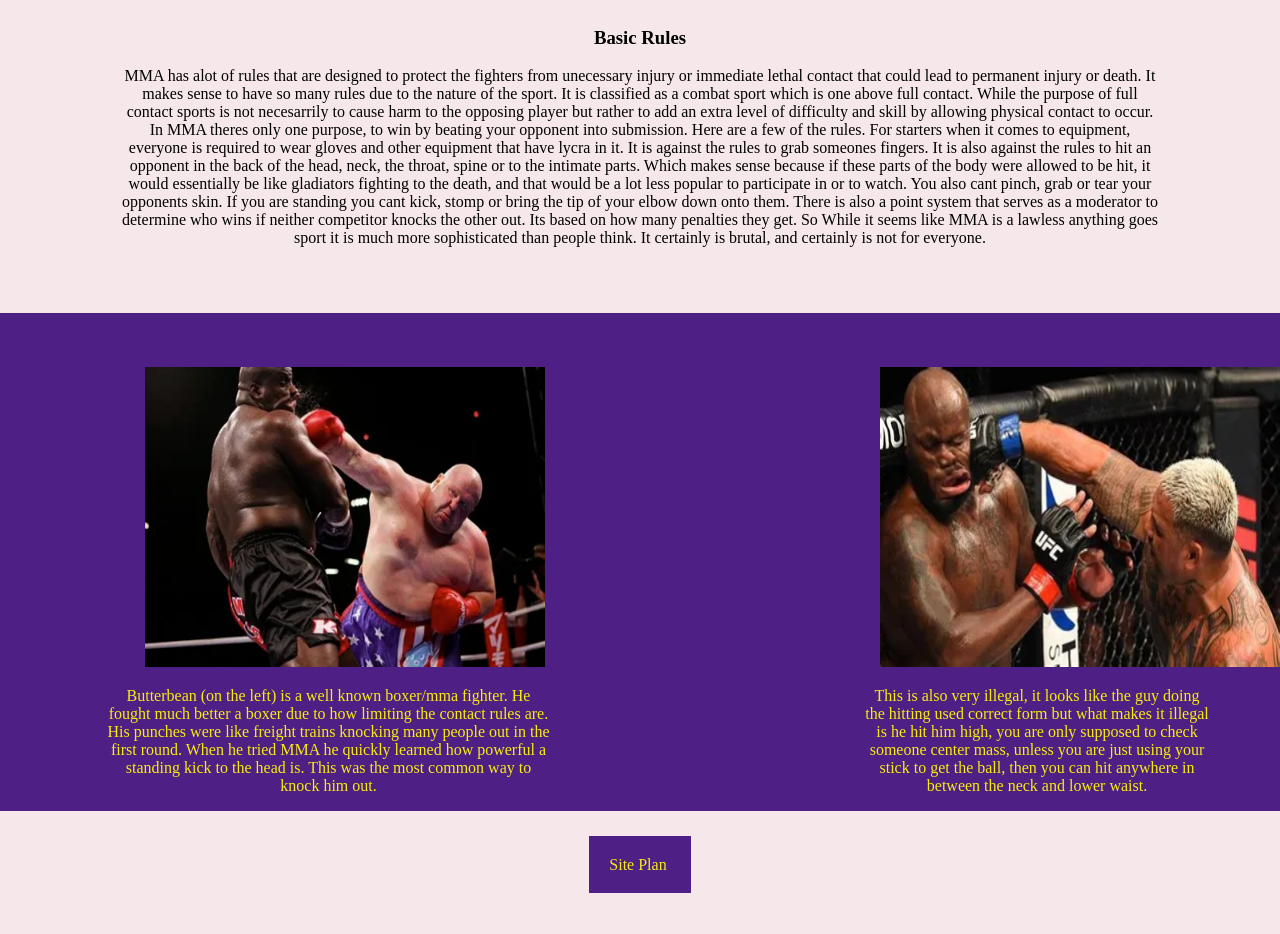
Repository: nak97/personal-site
Page: mma.html
These files come from the project's save history. The page is drawn as it stood at one moment and after the next save; the edit follows.
The browser window is 1280 px wide. The pictures show the part of the page from y = 780 to 1732 px (the page is 1714 px tall before and 1732 px after).
Some icons come from a web library that is not loaded, so they are not drawn. Some web libraries are served in a nearby version.

Above is the page before, as saved 2023-03-19 09:12:25.

### mma.html
<!DOCTYPE html>
<html lang="en">
<head>
  <meta charset="UTF-8">
  <meta http-equiv="X-UA-Compatible" content="IE=edge">
  <meta name="viewport" content="width=device-width, initial-scale=1.0">
  <title>MMA</title>
  <link rel="stylesheet" href="personal-site.css">
  <script src="https://kit.fontawesome.com/615002bc5f.js" crossorigin="anonymous"></script>
</head>
<body>
  <div class="container">

  <nav>
    <a href="index.html" target="_blank">Home <i class="fa-solid fa-house"></i></a>
    <a href="football.html" target="_blank">Football<i class="fa-solid fa-football"></i></a>
    <a href="mma.html" target="_blank">MMA <i class="fa-solid fa-boxing-glove"></i> </a>
  </nav>
<section class="lacrosse football mma">

  <p>
    <h3>MMA</h3>
<p>
  Mixed Martial Arts is a great combat sport to watch. It takes a lot of hard work, discipline, and strength to be successful at it. Bruce Lee is considered by many to be the Father of MMA by being one of the
  first fighters to not stick to one specific martial arts. He once said “be like water, when water enters a cup it becomes the cup.” He incorporated this into his practice by being adaptive. He combined many techniques into one and
  used that to make his movies more realistic. Unfortunately Bruce lees untimely death at an age of only 32, he would go down in history as having been the first to publicize adaptive fighting techniques becoming the father of MMA.
</p>
  </p>
</section>
  <section>
  <div class="Laxvideos">
    <div
    class="vid1"><iframe width="360" height="315"src="https://www.youtube-nocookie.com/embed/0YLADMQQMFo" title="YouTube video player" frameborder="0" allow="accelerometer; autoplay; clipboard-write; encrypted-media; gyroscope; picture-in-picture; web-share" allowfullscreen></iframe>
    <p>video 1</p>
    </div>

    <div class="vid2">
      <iframe width="360" height="315" src="https://www.youtube-nocookie.com/embed/OAD7W6ktGus" title="YouTube video player" frameborder="0" allow="accelerometer; autoplay; clipboard-write; encrypted-media; gyroscope; picture-in-picture; web-share" allowfullscreen></iframe>
      <p>Video 2</p>
    </div>

    <div class="vid3">
      <iframe width="360" height="315" src="https://www.youtube-nocookie.com/embed/tp-9ddJawj0" title="YouTube video player" frameborder="0" allow="accelerometer; autoplay; clipboard-write; encrypted-media; gyroscope; picture-in-picture; web-share" allowfullscreen></iframe>
      <p>Video 3</p>
    </div>
  </div>
</section>

<section class="rules">

  <h3> Basic Rules  </h3>
  <p>MMA has alot of rules that are designed to protect the fighters from unecessary injury or immediate lethal contact that could lead to permanent injury or death.
    It makes sense to have so many rules due to the nature of the sport. It is classified as a combat sport which is one above full contact. While the purpose of full contact sports is not necesarrily to
  cause harm to the opposing player but rather to add an extra level of difficulty and skill by allowing physical contact to occur. In MMA theres only one purpose, to win by beating your opponent into submission. Here are a few of the rules.
For starters when it comes to equipment, everyone is required to wear gloves and other equipment that have lycra in it. It is against the rules to grab someones fingers. It is also against the rules to hit an opponent in the back of the head, neck, the throat, spine or to the intimate parts.
Which makes sense because if these parts of the body were allowed to be hit, it would essentially be like gladiators fighting to the death, and that would be a lot less popular to participate in or to watch. You also cant pinch, grab or tear your opponents skin. If you are standing
you cant kick, stomp or bring the tip of your elbow down onto them. There is also a point system that serves as a moderator to determine who wins if neither competitor knocks the other out. Its based on how many penalties they get. So While it seems like MMA is a lawless anything goes sport it is
much more sophisticated than people think. It certainly is brutal, and certainly is not for everyone.     </p>
</section>

<section class="LaxImages">
<div class="images">
  <div class="img1">
    <img src="./images/butterbean1.webp" alt="image for page" alt="image for page3" class="img-1">
      <p>
        Butterbean (on the left) is a well known boxer/mma fighter. He fought much better a boxer due to how limiting the contact rules are. His punches were like freight trains knocking many people out in the first round. When he tried MMA he quickly learned how powerful a standing kick to the head is. This was the most common way to knock him out.
      </p>
  </div>


<div class="img2">
  <img src="./images/hit-to-face.webp" alt="image for page"  class="img-2">
    <p>
      This is also very illegal, it looks like the guy doing the hitting used correct form but what makes it illegal is he hit him high, you are only supposed to check someone center mass, unless you are just using your stick to get the ball, then you can hit anywhere in between the neck and lower waist.
    </p>
</div>

</div>
</section>

    <footer><a href="site-plan.html"> Site Plan <i class="fa-solid fa-ruler-triangle"></i></a></footer>
  </div>
</body>
</html>















<!-- <!DOCTYPE html>
<html lang="en">
<head>
  <meta charset="UTF-8">
  <meta http-equiv="X-UA-Compatible" content="IE=edge">
  <meta name="viewport" content="width=device-width, initial-scale=1.0">
  <title>MMA</title>
  <link rel="stylesheet" href="personal-site.css">
  <script src="https://kit.fontawesome.com/615002bc5f.js" crossorigin="anonymous"></script>
</head>
<body>
  <nav>
    <a href="index.html" target="_blank">Home <i class="fa-solid fa-house"></i></a>
    <a href="football.html" target="_blank">Football<i class="fa-solid fa-football"></i></a>
    <a href="lacrosse.html" target="_blank">Lacrosse <i class="fa-solid fa-lacrosse-stick-ball"></i></a>
  </nav>
  <h3>MMA</h3>
      <p>
        Mixed Martial Arts is a great combat sport to watch. It takes a lot of hard work, discipline, and strength to be successful at it. Bruce Lee is considered by many to be the Father of MMA by being one of the
        first fighters to not stick to one specific martial arts. He once said “be like water, when water enters a cup it becomes the cup.” He incorporated this into his practice by being adaptive. He combined many techniques into one and
        used that to make his movies more realistic. Unfortunately Bruce lees untimely death at an age of only 32, he would go down in history as having been the first to publicize adaptive fighting techniques becoming the father of MMA.
      </p>
      <p>Images for the Page 3</p>
      <img src="./images/butterbean1.webp" alt="image for page">
      <img src="./images/hit-to-face.webp" alt="image for page">
</body>
</html> -->

### personal-site.css

body{
  background-color: #F6E8EA;
  padding: 0 ;
  margin: 0;
}


  .container {display: grid;}

a{text-decoration: none;}

nav{
  display: flex;
  justify-content: space-evenly;
  background-color: #4e2086;
  line-height: 3em;
  text-align: center;
  font-size: 1.2em;
}

nav a { color: #f8ec0d;}

nav a:hover {color: #F45B69;}

.lacrosse h3, p {text-align: center;}

.lacrosse p {padding: 0px 121px;}

.lacrosse { margin: 43px 0;}

.Laxvideos{
  margin-top: 20px;
  display: flex;
  justify-content: space-evenly;
  text-align: center;
  background-color: #F45B69;
  padding-top: 40px;
}

.rules{margin: 50px 0;}

.rules h3, p {text-align: center;}

.rules p {padding: 0px 121px;}

.LaxImages {
  background-color: #4e2086;
}

.LaxImages p {color:#f8ec0d;
}

.images {
  display: flex;
  justify-content: space-between;
  padding-top: 54px;
}

.img1{margin-left: 105px;}

.img1 p {text-align: center; }

.img2 {margin-left: 312px;}

.img2 p{
  text-align: center;
  margin-right: 70px;
}

.img-1{
  margin-left: 40px;
  width: 400px;
  height: 300px;}

.img-2{
  margin-left: 16px;
  width: 400px;
  height: 300px;
}

footer{
margin-top: 45px;
text-align: center;
margin-bottom: 60px;}

footer a {
  background-color: #4e2086;
  color: #f8ec0d;
  padding: 20px;
}

footer a:hover {
  color: #F45B69;
}

After the next save:
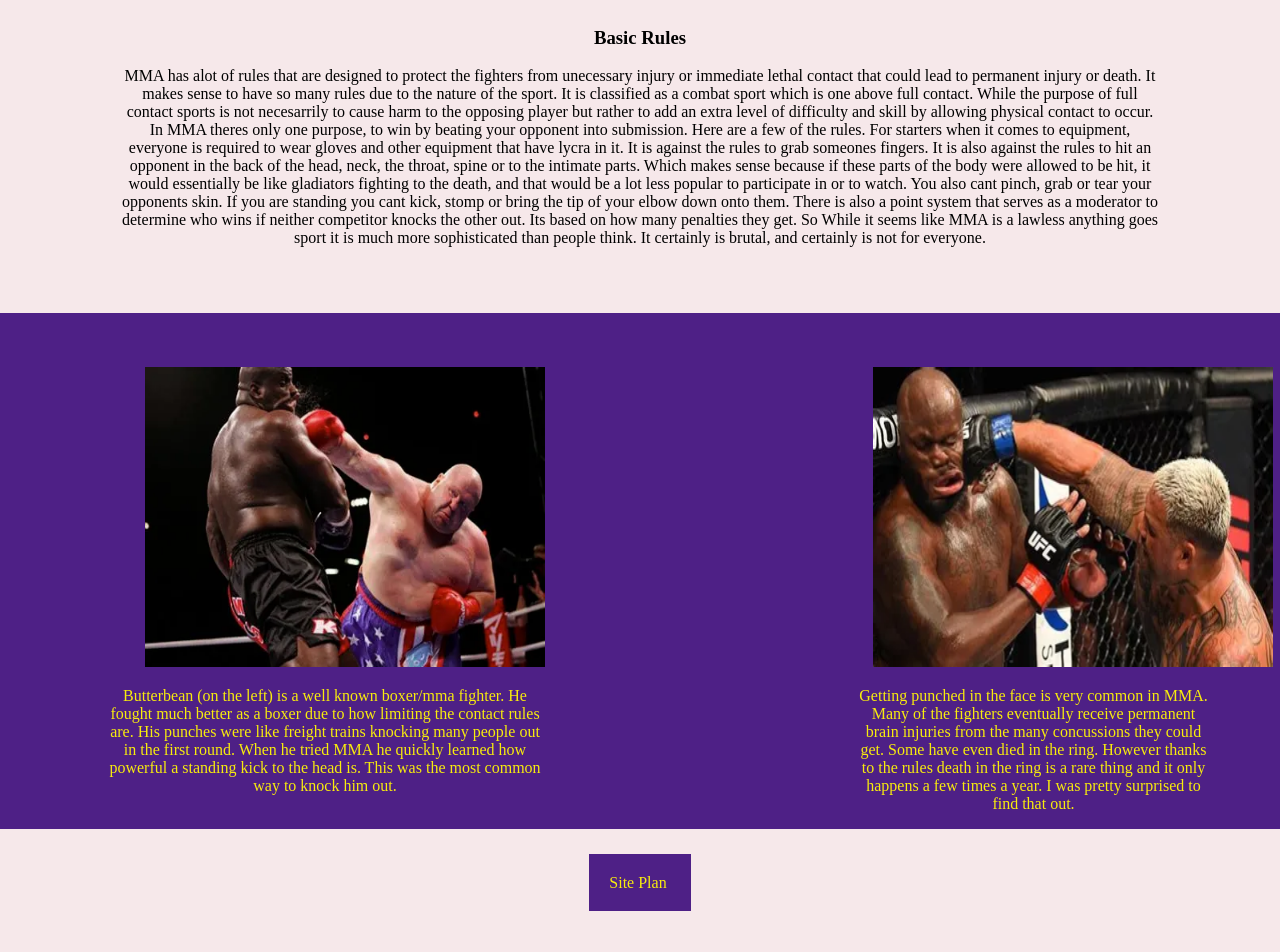
Saved 7 min 11 s later.
--- a/mma.html
+++ b/mma.html
@@ -63,7 +63,7 @@
   <div class="img1">
     <img src="./images/butterbean1.webp" alt="image for page" alt="image for page3" class="img-1">
       <p>
-        Butterbean (on the left) is a well known boxer/mma fighter. He fought much better a boxer due to how limiting the contact rules are. His punches were like freight trains knocking many people out in the first round. When he tried MMA he quickly learned how powerful a standing kick to the head is. This was the most common way to knock him out.
+        Butterbean (on the left) is a well known boxer/mma fighter. He fought much better as a boxer due to how limiting the contact rules are. His punches were like freight trains knocking many people out in the first round. When he tried MMA he quickly learned how powerful a standing kick to the head is. This was the most common way to knock him out.
       </p>
   </div>
 
@@ -71,7 +71,7 @@
 <div class="img2">
   <img src="./images/hit-to-face.webp" alt="image for page"  class="img-2">
     <p>
-      This is also very illegal, it looks like the guy doing the hitting used correct form but what makes it illegal is he hit him high, you are only supposed to check someone center mass, unless you are just using your stick to get the ball, then you can hit anywhere in between the neck and lower waist.
+      Getting punched in the face is very common in MMA. Many of the fighters eventually receive permanent brain injuries from the many concussions they could get. Some have even died in the ring. However thanks to the rules death in the ring is a rare thing and it only happens a few times a year. I was pretty surprised to find that out.
     </p>
 </div>
 
